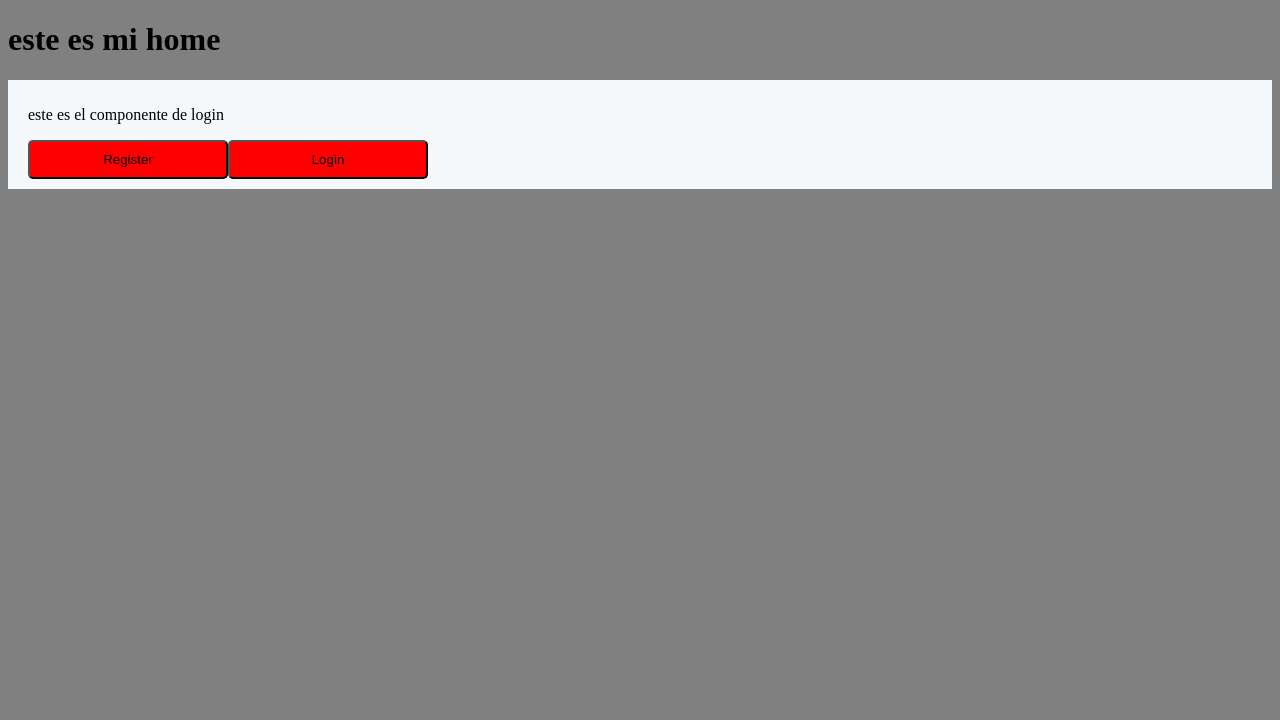
Repository: mauro8778/TurnoClinica
Page: / (app in front/vite-project/)
These files come from the project's save history. The page is drawn as it stood at one moment and after the next save; the edit follows.
The browser window is 1280 px wide. The pictures show the whole page.
The project was rebuilt for these pictures with package versions that can differ from the ones it lists, and the page was loaded fresh each time. Also part of the build but not shown: front/vite-project/vite.config.js.

Above is the page before, as saved 2024-04-12 10:23:28.

After the next save:
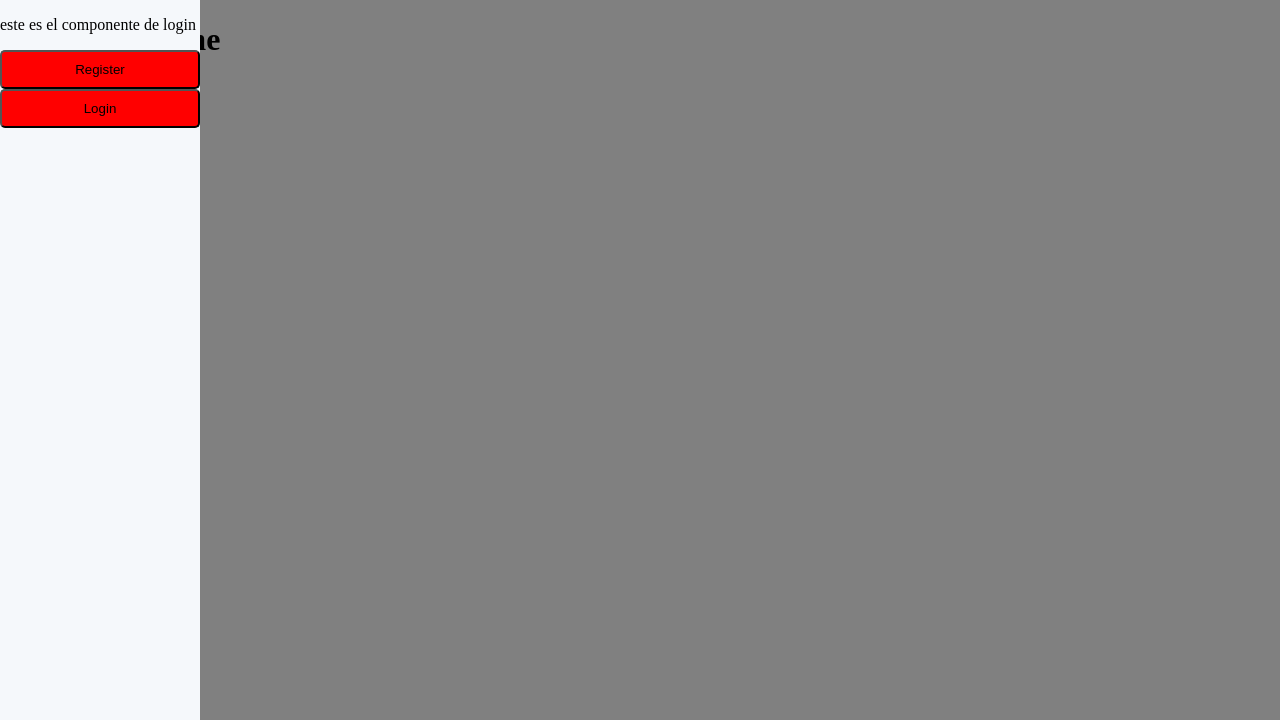
Saved 3 min 9 s later.
--- a/front/vite-project/src/components/NavBar/NavBar.css
+++ b/front/vite-project/src/components/NavBar/NavBar.css
@@ -2,4 +2,13 @@
     background-color: #f5f8fb;
     color: black;
     padding: 10px 20px;
+    position: fixed;
+    top: 0;
+    left: 0;
+    width: 200px;
+    height: 100vh;
+    list-style-type: none;
+    padding: 0;
+    margin-bottom: 10px;
+
   }
